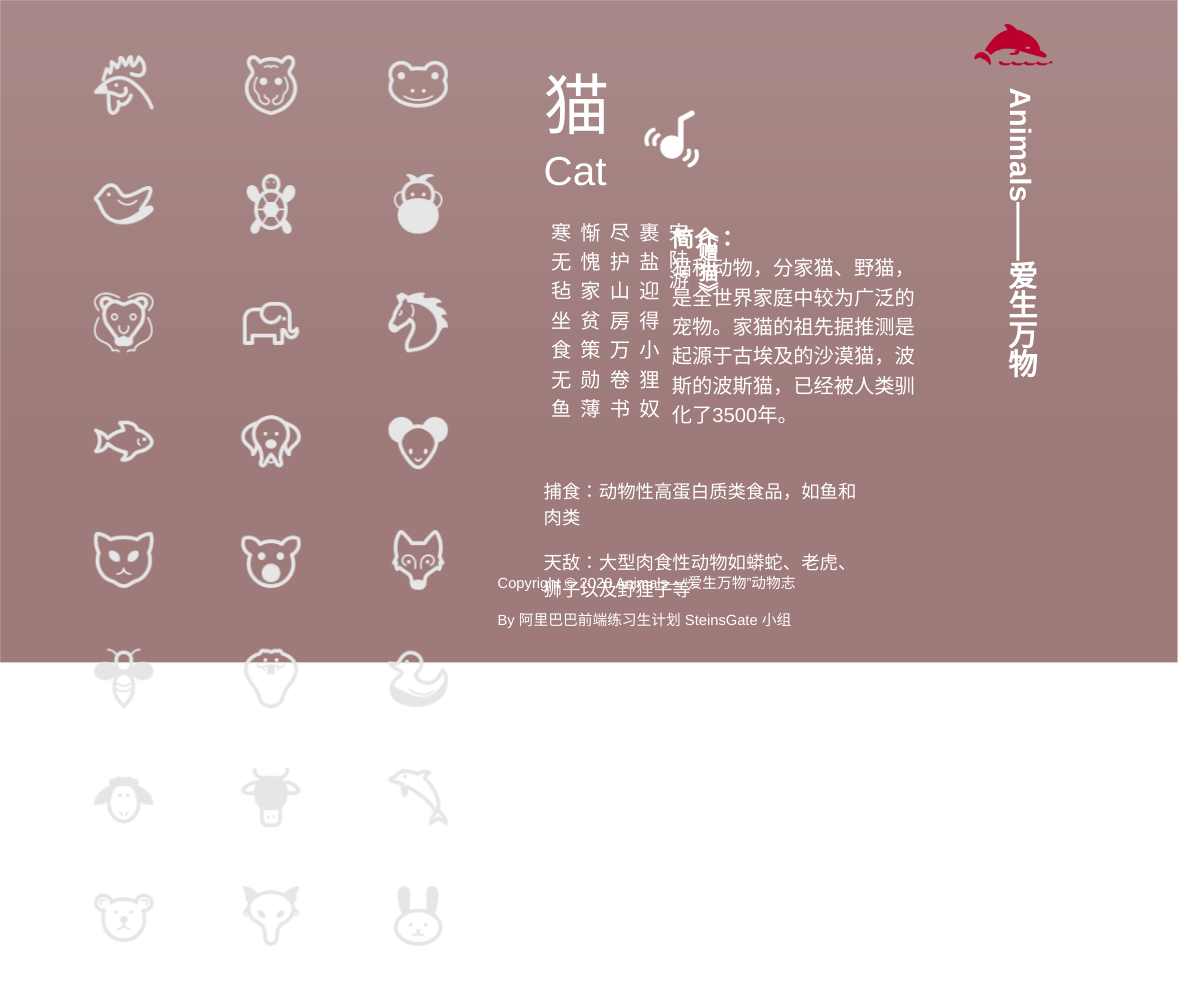
Repository: Whiskeyi/Animals
Page: /
An editor plug-in stored every save of this project. The page is shown before and after the next save, followed by the edit.
The browser window is 1280 px wide. The pictures show the whole page, at 92% of full size.
The project was rebuilt for these pictures with package versions that can differ from the ones it lists, and the page was loaded fresh each time.

Above is the page before, as saved 2021-11-16 22:19:20.

After the next save:
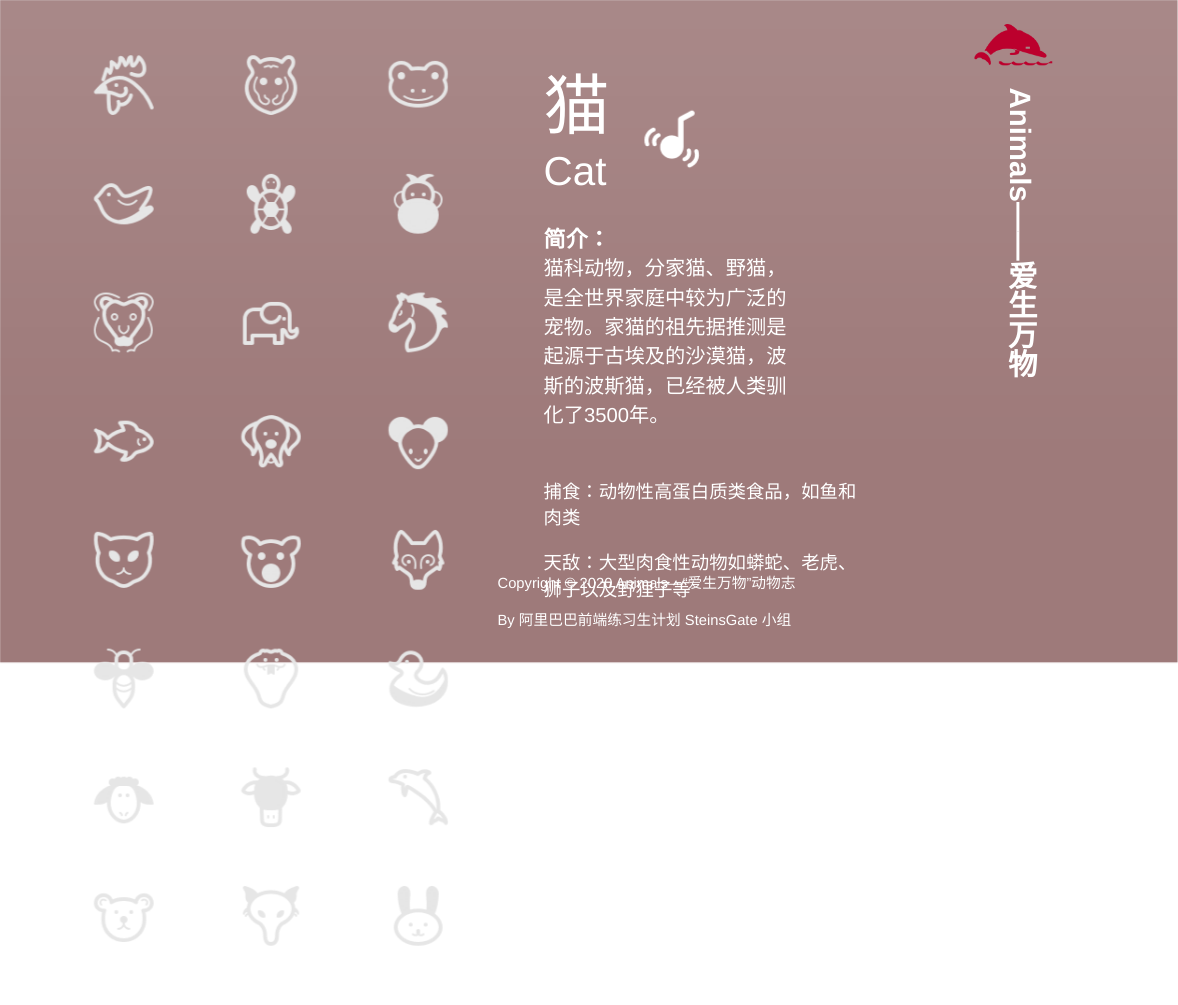
Saved 28 s later.
--- a/src/components/Info/introduce-mid/index.vue
+++ b/src/components/Info/introduce-mid/index.vue
@@ -1,18 +1,6 @@
 <template>
     <div class="fooMid">
         <el-row class="botContainer">
-            <el-col class="poem" :span="8">
-                <div class="content">寒无毡坐食无鱼</div>
-                <div class="content">惭愧家贫策勋薄</div>
-                <div class="content">尽护山房万卷书</div>
-                <div class="content">裹盐迎得小狸奴</div>
-                <div class="author">宋·陆游</div>
-                <div class="poemTitle">《赠猫》</div>
-                <!-- <p class="foodTitle">捕食：</p>
-                <div class="food">动物性高蛋白质类食品，如鱼和肉类</div>
-                <p class="enemyTitle">天敌：</p>
-                <div class="enemy">大型肉食性动物如蟒蛇、老虎、狮子以及野狸子等</div> -->
-            </el-col>
             <el-col :sm="16" :md="16" :lg="16">
                 <div class="IntTitle">简介：</div>
                 <div class="IntContent">猫科动物，分家猫、野猫，是全世界家庭中较为广泛的宠物。家猫的祖先据推测是起源于古埃及的沙漠猫，波斯的波斯猫，已经被人类驯化了3500年。</div>
